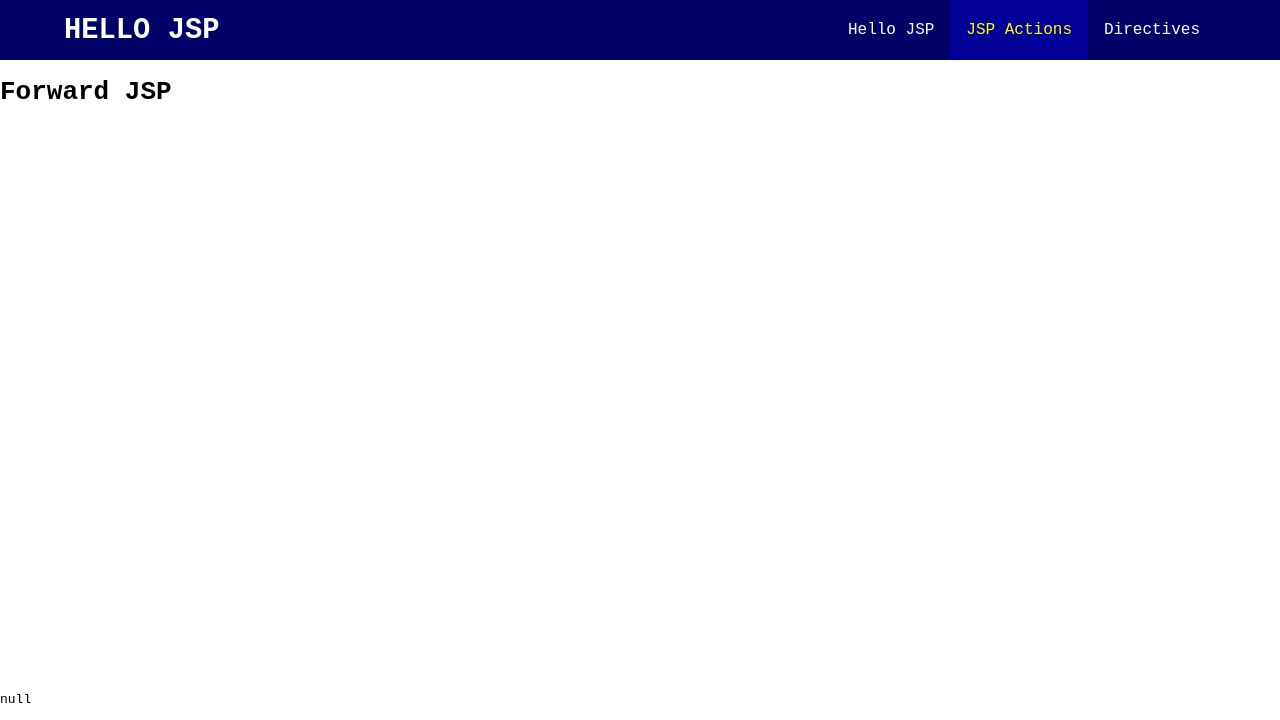
Repository: aungmyattthu/javaWeb
Page: http://localhost/HelloJsp/forward.jsp
The author's editor kept a copy of each file at every save. The page is drawn from the files as they stood at one save, then again after the next save.
The browser window is 1280 px wide. The pictures show the whole page.
The page is served by Tomcat 9.

Above is the page before, as saved 2023-04-21 17:32:30.

After the next save:
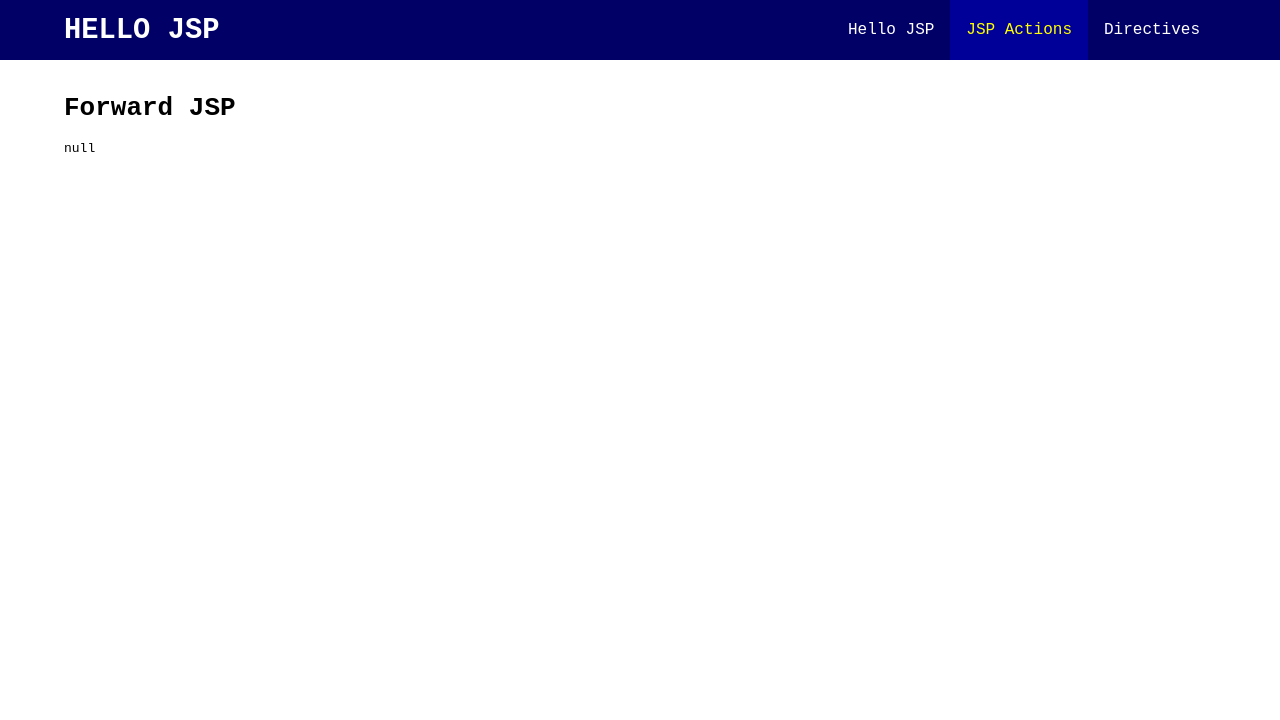
Saved 27 s later.
--- a/HelloJsp/src/main/webapp/forward.jsp
+++ b/HelloJsp/src/main/webapp/forward.jsp
@@ -11,9 +11,11 @@
 	<jsp:include page="/resources/nav-bar.jsp">
 		<jsp:param value="actions" name="page"/>
 	</jsp:include>
+	<main>
 	<h1>Forward JSP</h1>
 	<p>
 	<%=request.getParameter("message")%>
 	</p>
+	</main>
 </body>
 </html>
